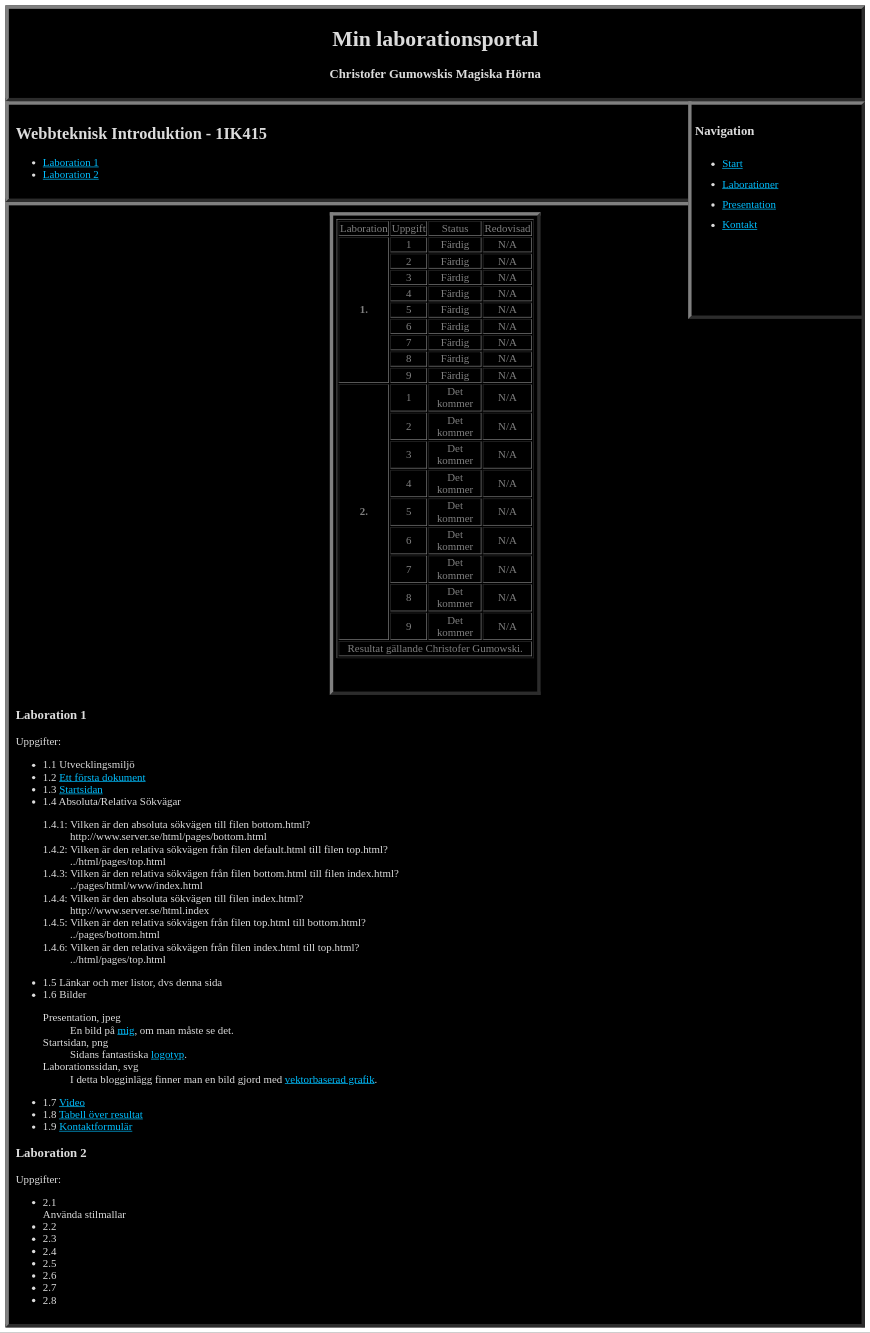
Repository: cg222im/1IK415_cg222im
Page: pages/laborationer.html
The author's editor kept a record of every edit. The page is drawn from the files as they stood at one moment, then again after the next edit.
The browser window is 1280 px wide. The pictures show the whole page, at 68% of full size.

Above is the page before.

After the next edit:
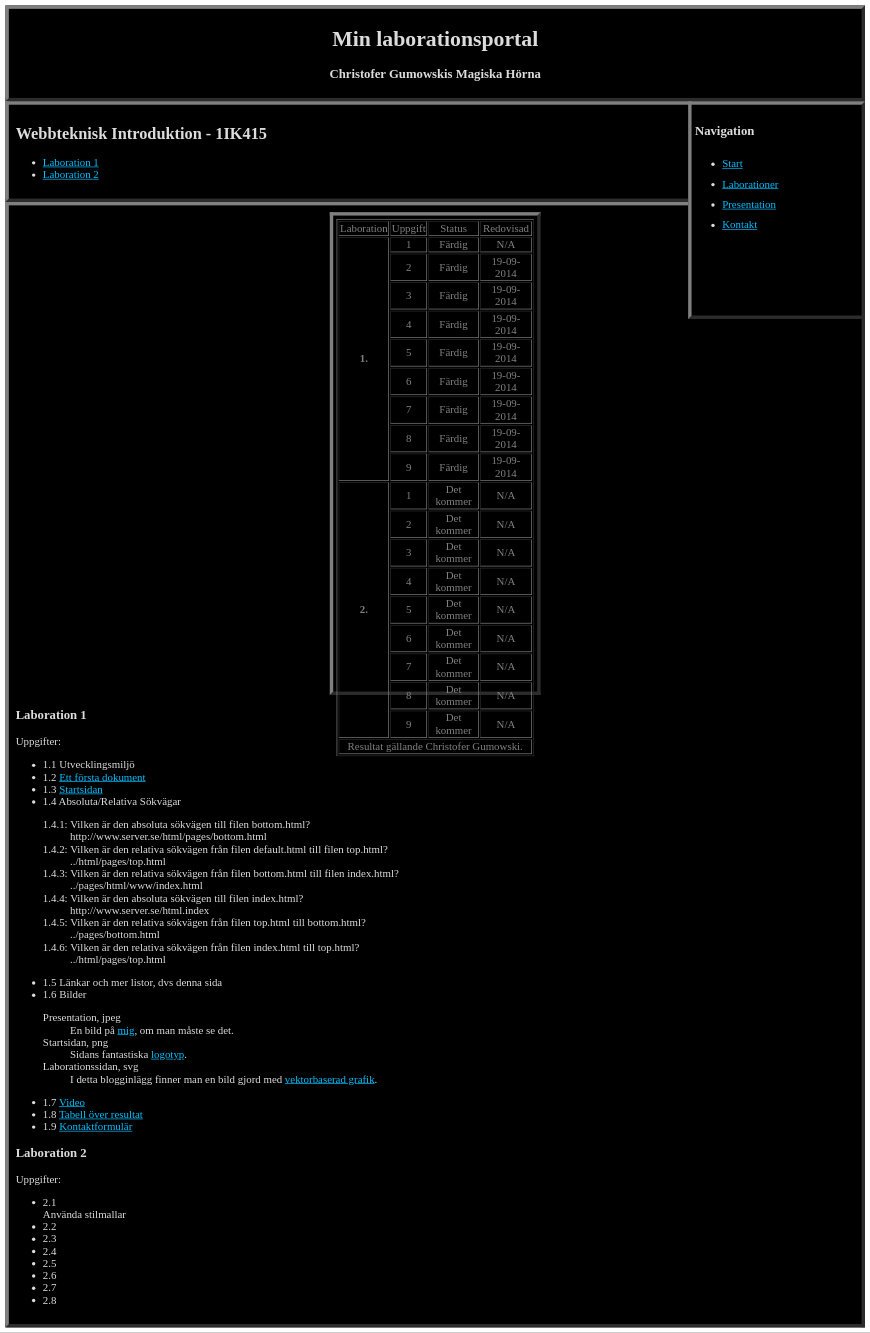
The edit:
--- a/pages/laborationer.html
+++ b/pages/laborationer.html
@@ -59,14 +59,14 @@
                     <th rowspan="9">1.</th>
                     <td>1</td><td>Färdig</td><td>N/A</td>
                   </tr>
-                    <tr><td>2</td><td>Färdig</td><td>N/A</td></tr>
-                    <tr><td>3</td><td>Färdig</td><td>N/A</td></tr>
-                    <tr><td>4</td><td>Färdig</td><td>N/A</td></tr>
-                    <tr><td>5</td><td>Färdig</td><td>N/A</td></tr>
-                    <tr><td>6</td><td>Färdig</td><td>N/A</td></tr>
-                    <tr><td>7</td><td>Färdig</td><td>N/A</td></tr>
-                    <tr><td>8</td><td>Färdig</td><td>N/A</td></tr>
-                    <tr><td>9</td><td>Färdig</td><td>N/A</td></tr>
+                    <tr><td>2</td><td>Färdig</td><td>19-09-2014</td></tr>
+                    <tr><td>3</td><td>Färdig</td><td>19-09-2014</td></tr>
+                    <tr><td>4</td><td>Färdig</td><td>19-09-2014</td></tr>
+                    <tr><td>5</td><td>Färdig</td><td>19-09-2014</td></tr>
+                    <tr><td>6</td><td>Färdig</td><td>19-09-2014</td></tr>
+                    <tr><td>7</td><td>Färdig</td><td>19-09-2014</td></tr>
+                    <tr><td>8</td><td>Färdig</td><td>19-09-2014</td></tr>
+                    <tr><td>9</td><td>Färdig</td><td>19-09-2014</td></tr>
                 </tbody>
 
                 <tbody>
